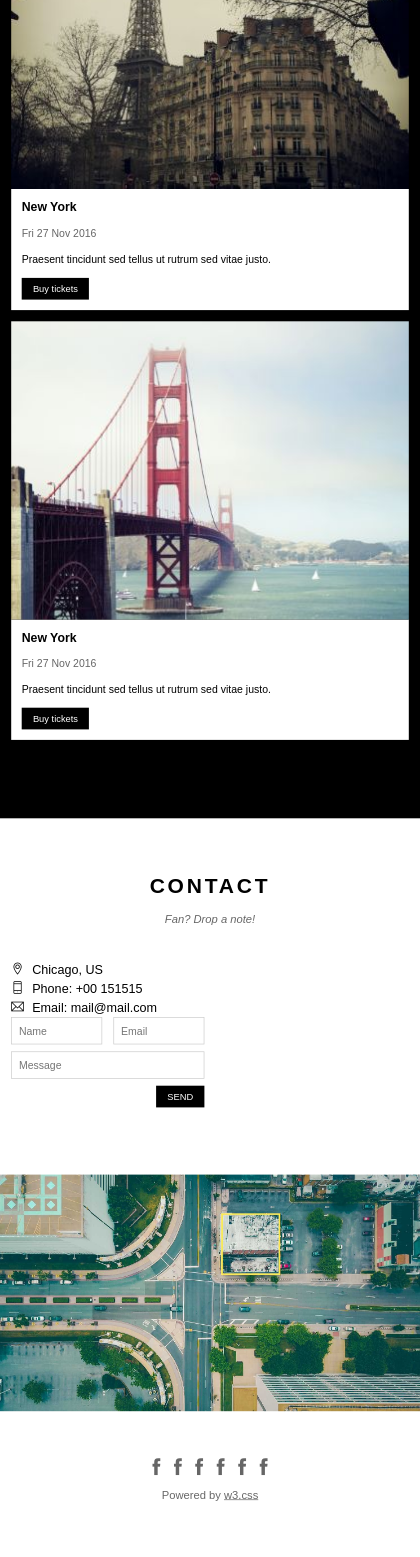
Repository: Bakyproit/the-Band
Page: index.html
An editor plug-in stored every save of this project. The page is shown before and after the next save, followed by the edit.
The browser window is 600 px wide. The pictures show the part of the page from y = 3240 to 5480 px (the page is 5464 px tall before and 5480 px after), at 70% of full size.

Above is the page before, as saved 2022-01-03 23:28:31.

### index.html
<!DOCTYPE html>
<html lang="en">
<head>
    <meta charset="UTF-8">
    <meta http-equiv="X-UA-Compatible" content="IE=edge">
    <meta name="viewport" content="width=device-width, initial-scale=1.0">
    <link rel="stylesheet" href="./assets/fonts/themify-icons/themify-icons.css">
    <link rel="stylesheet" href="./assets/css/style.css">
    <link rel="stylesheet" href="./assets/css/reponsive.css">
    <title>The-Band</title>
</head>
<body>

    <div id="main">
        <!-- begin header   -->
        <div id="header">
            <!-- Begin : Nav -->
            <ul id="nav">
                <li>
                    <a href="#">Home</a>
                </li>
                <li><a href="#band">Band</a></li>
                <li><a href="#tour">Tour</a></li>
                <li><a href="#contact">Contact</a></li>
                <li>
                    <a href="#">
                        More
                        <i class="nav-arrow-down ti-angle-down"></i>

                    </a>
                    <ul class="subnav">
                        <li><a href="#">Merchandise</a></li>
                        <li><a href="#">Extras</a></li>
                        <li><a href="#">Media</a></li>
                    </ul>
                </li>
            </ul>
            <!-- End : Nav -->
            <!-- Begin : Search button -->
            <div class="search-btn">
                <i class="search-icon ti-search"></i>
            </div>
            <div class="mobile-menu-btn" id='mobile-menu'>
                <i class="menu-icon ti-menu"></i>
            </div>
            <!-- End : Search button-->


        </div>
        <!-- end header     -->
        <!-- Begin slider== -->
        <div id="slider">
            <div class="text-content">
                <h2 class="text-heading">Chicago</h2>
                <div class="text-description">Thank you, Chicago - A night we won't forget</div>
            </div>

        </div>
        <!-- End slider    -->
        <!-- Begin content -->
        <div id="content">
        <!-- The- band -->
            <div id ="band" class="content-section">
                <h2 class="section-heading">THE BAND</h2>
                <p class="section-sub-heading">We love music</p>
                <p class="about-text">We have created a fictional band website. Lorem ipsum dolor sit amet, consectetur adipiscing elit, sed do eiusmod tempor incididunt ut labore et dolore magna aliqua. Ut enim ad minim veniam, quis nostrud exercitation ullamco laboris nisi ut aliquip ex ea commodo consequat. Duis aute irure dolor in reprehenderit in voluptate velit esse cillum dolore eu fugiat nulla pariatur. Excepteur sint occaecat cupidatat non proident, sunt in culpa qui officia deserunt mollit anim id est laborum consectetur adipiscing elit, sed do eiusmod tempor incididunt ut labore et dolore magna aliqua. Ut enim ad minim veniam, quis nostrud exercitation ullamco laboris nisi ut aliquip ex ea commodo consequat.</p>
                <div class="member-list">
                    <div class="col-third member-item">
                        <p class="member-name">Name</p>
                        <img src="/assets/img/bandmember.jpg" alt="" class="member-img">
                    </div>
                    <div class="col-third member-item">
                        <p class="member-name">Name</p>
                        <img src="/assets/img/bandmember.jpg" alt="" class="member-img">
                    </div>
                    <div class="col-third member-item">
                        <p class="member-name">Name</p>
                        <img src="/assets/img/bandmember.jpg" alt="" class="member-img">
                    </div>

                </div>

            </div>
        <!-- Tour -->
            <div id ="tour" class="tour-section">
                <div class="content-section ">
                    <h2 class="section-heading text-white">TOUR DATES</h2>
                    <p class="section-sub-heading text-white">Remember to book your tickets!</p>
                    <ul class="tickets-list">
                        <li>
                            September
                            <span class="sold-out">Sold out</span>
                        </li>
                        <li>
                            October
                            <span class="sold-out" >Sold out</span>
                        </li>
                        <li>
                            November
                            <span class="quantity" >3</span>
                        </li>
                    </ul>
                    <!-- places - list -->
                    <div class="places-list row">
                        <div class="places-item  col col-third">
                            <img src="/assets/img/play/play1.jpg" alt="" class="places-img">
                            <div class="places-content">
                                <h3 class="places-name">New York</h3>
                                <p class="places-time">Fri 27 Nov 2016</p>
                                <p class="places-title">Praesent tincidunt sed tellus ut rutrum sed vitae justo.</p>
                                <button  class="btn js-buy-tickets ">Buy tickets</button>
                            </div>
                        </div>
                        <div class="places-item  col col-third ">
                            <img src="/assets/img/play/play2.jpg" alt="" class="places-img">
                            <div class="places-content">
                                <h3 class="places-name">New York</h3>
                                <p class="places-time">Fri 27 Nov 2016</p>
                                <p class="places-title">Praesent tincidunt sed tellus ut rutrum sed vitae justo.</p>
                                <button  class="btn js-buy-tickets ">Buy tickets</button>
                            </div>
                        </div>
                        <div class="places-item  col col-third">
                            <img src="/assets/img/play/play3.jpg" alt="" class="places-img">
                            <div class="places-content">
                                <h3 class="places-name">New York</h3>
                                <p class="places-time">Fri 27 Nov 2016</p>
                                <p class="places-title">Praesent tincidunt sed tellus ut rutrum sed vitae justo.</p>
                                <button  class="btn js-buy-tickets ">Buy tickets</button>
                            </div>
                        </div>
                    </div>
                </div>
            </div>
        <!--    Contact -->
            <div id ="contact" class="content-section">
                <h2 class="section-heading ">CONTACT</h2>
                <p class="section-sub-heading ">Fan? Drop a note!</p>
                <!-- contact - content -->
                <div class="row contact-content">
                    <div class="col col-half contact-info">
                        <p><i class="ti-location-pin"></i>Chicago, US</p>
                        <p><i class="ti-mobile"></i>Phone: +00 151515</p>
                        <p><i class="ti-email"></i>Email: mail@mail.com</p>
                    </div>
                    <div class="col col-half contact-form">
                        <form action="">
                            <div class="row flex">
                                <div class="col col-half">
                                    <input type="text" name="" placeholder="Name" required id="" class="form-control">
                                </div>
                                <div class="col col-half">
                                    <input type="email" name="" placeholder="Email" required  id="" class="form-control">
                                </div>
                            </div>

                            <div class="row ">
                                <div class="col col-full">
                                    <input type="text" name="" placeholder="Message" required id="" class="form-control">
                                </div>
                            </div>
                            <input type="submit" value="SEND" class="btn pull-right">
                        </form>
                    </div>
                </div>
            </div>
        <!-- map -->
            <div class="map-section">
                <img src="./assets/img/map.jpg" alt="Map">
            </div>

        </div>
        <!-- End content -->
        <!-- Begin footer -->
        <div id="footer">
            <div class="social-list">
                <a href=""><i class="ti-facebook"></i></a>
                <a href=""><i class="ti-facebook"></i></a>
                <a href=""><i class="ti-facebook"></i></a>
                <a href=""><i class="ti-facebook"></i></a>
                <a href=""><i class="ti-facebook"></i></a>
                <a href=""><i class="ti-facebook"></i></a>
            </div>
            <p class="copy-right">Powered by <a href="">w3.css</a></p>
        </div>
        <!-- end-footer -->
        <!-- modal -->
        <div class="modal js-modal">
            <div class="modal-container js-modal-container">
                <div class="modal-close js-modal-close">
                    <i class="ti-close"></i>
                </div>
                <!-- header -->
                <header class="modal-header">
                    <i class="ti-bag"></i>
                    Tickets
                </header>
                <!-- body -->
                <div class="modal-body">
                    <label for="ticket-quantity" class="model-label">
                        <i class="ti-shopping-cart"></i>
                        Tickets, $15 per person
                    </label>
                    <input id="ticket-quantity" type="text" class="modal-input" placeholder="Howmany ?">


                    <label for="ticket-email" class="model-label">
                        <i class="ti-user"></i>
                        Send To
                    </label>
                    <input id= "ticket-email" type="text" class="modal-input" placeholder="Enter email ?">

                    <button class="buy-tickets">
                        Pay
                        <i class="ti-check"></i>
                    </button>
                </div>
                <footer class="modal-footer">
                    <p class="modal-help">Need <a href="">help?</a></p>
                </footer>
            </div>
        </div>
        <!-- end modal -->
        <!-- javascript -->
        <script>
            const buyBtns = document.querySelectorAll('.js-buy-tickets')
            const modal = document.querySelector('.js-modal')
            const modalClose = document.querySelector('.js-modal-close')
            const modalContainer =document.querySelector('.js-modal-container')
            function buyTickets(){
                modal.classList.add('open')
            }
            function hiddenBuyTickets(){
                modal.classList.remove('open')
            }


            for(const buyBtn of buyBtns){
                buyBtn.addEventListener('click' ,buyTickets )
            }
            modalClose.addEventListener('click' , hiddenBuyTickets)
            modal.addEventListener('click' , hiddenBuyTickets)
            modalContainer.addEventListener('click' , function (event){
                event.stopPropagation()
            })


            // dong mo menu
            var header = document.getElementById('header') ;
            var mobileMenu = document.getElementById('mobile-menu') ;
            var headerHeight = header.clientHeight ;
            mobileMenu.onclick= function(){
                // console.log(header.clientHeight);
                var isClosed = header.clientHeight === headerHeight ;
                if(isClosed){
                    header.style.height = 'auto' ;
                }else {
                    header.style.height = null ;
                }
            }
            //  tu dong dong khi chon menu
            var menuItems = document.querySelectorAll('#nav li a[href*="#"]') ;
            console.log(menuItems) ;
            for(var i = 0;i < menuItems.length ;i++) {
                var menuItem = menuItems[i] ;

                menuItem.onclick = function(event){
                    // kiem tra ae lien ke no
                    var isParentMenu = this.nextElementSibling &&
                            this.nextElementSibling.classList.contains('subnav') ;
                    if(isParentMenu){
                        event.preventDefault() ;
                    }else{
                        header.style.height = null ;
                    }
                }
            }

        </script>
        <!-- javascript -->
    </div>
</body>
</html>



<!-- hang row -->

### assets/css/style.css
/*
Reset css
*/
*{
    padding: 0;
    margin:  0;
    box-sizing: border-box;
}
html {
    font-family: Arial, Helvetica, sans-serif;
    scroll-behavior: smooth;
}
#main {

}
.text-white{
    color:#fff !important;
}
.btn{
    display: inline-block;
    text-decoration: none;
    padding: 8px 16px;
    color: #fff;
    background-color: #000;
    border : none  ;
}
.btn:hover{
    color: #000!important;
    background-color: #ccc!important;
    cursor: pointer;
}

.pull-right{
    float: right !important ;
}
.flex{
    display: flex;
    flex-wrap: wrap;
}

.row {
    margin-left: -8px;
    margin-right: -8px;
}
.col {
    padding-left: 8px;
    padding-right: 8px;
}
.col-third{
    width: 33.33333%;
}
.col-half{
    width: 50%;
}
.col-full{
    width: 100%;
}
/* =====header===== */
#header {
    height: 46px;
    background-color: #000;
    position: fixed;
    top : 0 ;
    right: 0;
    left : 0;
    z-index: 1;
}
#nav{
    display: inline-block;
}
#nav .subnav {
    list-style-type: none;
}
/* nav */
#nav > li{
    display: inline-block;
    position: relative;
}
#nav li a{
    display: inline-block;
    color : #fff ;
    text-decoration: none;
    line-height: 46px;
    padding: 0px 24px;
    text-transform: uppercase;
}
#nav > li:hover > a,
#nav .subnav li:hover a{
    color : #000 ;
    background-color: #ccc;
}
/*     subnav */
#nav .subnav{
    display: none;
    position: absolute;
    top:100% ;
    background-color: #fff;
    /* bong do */
    box-shadow: 0 0 10px rgba(0, 0, 0,0.5) ;
    min-width: 160px;
}
#nav li:hover .subnav {
    display: block ;
}

#nav .subnav  a{
    display:  block;
    color: #000;
    padding: 0 12px;
    line-height: 38px;
}
#nav .nav-arrow-down{
    font-size: 14px;
}
.mobile-menu-btn{
    position: absolute;
    top: 0;
    right: 0;
}
.mobile-menu-btn,
#header .search-btn{
    float: right;
    padding: 0 21px;
}

#header .search-btn:hover{
    cursor: pointer;
    background-color:#f44336 ;
}
#header .mobile-menu-btn:hover {
    background-color:#ccc ;
}
#header .mobile-menu-btn:hover .menu-icon{
    color: #000;
}
#header .menu-icon ,
#header .search-icon{
    color : #fff ;
    font-size: 20px;
    line-height: 46px;
}


/* ====end header=======                 */
/*      Begin slider                     */
#slider {
    margin-top: 46px;
    padding-top:50%;
    /* luon bang 50% chieu rong */
    background: url('/assets/img/slider/slider1.jpg') top center / cover no-repeat;
    position: relative;
}
#slider .text-content{
    position: absolute;
    bottom: 48px;
    left:50%;
    color:#fff ;
    transform: translateX(-50%);
    text-align: center;

}
#slider .text-heading{
    margin:  0 0 25px 0 ;
    font-weight: 500px;
    font-size: 24px;
}
#slider .text-description{
    font-size: 15px;
}
/*    End slider                     */
/*    Begin content                  */
#content {
    color : #000 ;
}
#content .content-section{
    width: 800px;
    max-width: 100%;
    margin-left: auto;
    margin-right: auto;
    padding: 64px 16px;

}
#content .section-heading{
    margin: 10px 0;
    font-size: 30px;
    text-align: center;
    font-weight: 400px;
    letter-spacing: 4px;
    line-height: 45px;
}
#content .section-sub-heading{
    margin:15px 0 ;
    text-align: center;
    font-style: italic;
    opacity: 0.6;
    line-height: 22px;
}
/*             About                   */
#content .about-text{
    margin: 15px 0 ;
    font-size: 14px;
    text-align: justify ;
    line-height: 1.6;

}
#content .member-list{
    padding: 32px 0 ;
    display: flex;
    flex-wrap: wrap;
    text-align: center;
}

#content  .member-name{
    margin: 15px 0;
    font-size: 15px;
    line-height: 22px;
}
#content  .member-img{
    margin-bottom: 10px;
    width: 154px;
    border-radius: 4px;
}

/*                   Tour                        */
.tour-section{
    background-color: black;
    color:#fff ;
}
.tour-section .tickets-list li{
    list-style: none;
    color: #757575;
    padding: 8px 16px;
    font-size: 15px;
    line-height: 22px;
    background-color: #fff;
    border-bottom: 1px solid #ddd;
}
.tour-section  .sold-out{
    display: inline-block;
    background-color: #f44336;
    padding: 0 8px;
    margin-left:16px;
}
.tour-section .quantity{
    display: inline-block;
    padding: 0 8px;
    margin-right: 16px;
    background-color: #333;
    color:#fff ;
    border-radius: 50%;
    float: right;
}

.places-list{
    display: flex;
    flex-wrap: wrap;
    color: #000;
    font-size: 15px;
    padding: 32px 0 ;
}
.places-item{
    margin-bottom: 16px;
}

.places-img{
    width: 100%;
    display: block;
}
.places-img:hover{
    opacity: 0.6;
}
.places-content{
    padding: 15px;
    line-height: 22px;
    background-color: #fff;
}
.places-name{
}
.places-time{
    margin-top: 15px ;
    opacity: 0.6;
}
.places-title{
    margin: 15px 0 ;
    line-height: 1.5;
}




/*                  contact            */

.contact-content{
    display: flex;
    flex-wrap: wrap;
    padding-bottom: 32px  ;
    padding-top: 32px;
}
.contact-info{
    font-size: 18px;
    line-height: 1.5;
}
.contact-info i[class*="ti-"]{
    display: inline-block;
    width: 30px;

}

.contact-form .form-control{
    font-size: 15px;
    padding: 10px ;
    border : 1px solid #ccc ;
    width: 100%;
    margin-bottom: 10px;
}
/*                      Map-section                        */
.map-section img {
    width: 100%;
}


/*                      end content                 */
/*                      Begin footer                */

#footer {
    padding: 64px 16px;
    text-align: center;
}
#footer .social-list{
    font-size: 24px;

}
#footer .social-list a {
    text-decoration: none;
    color: rgba(0, 0, 0,0.6);

}
#footer .social-list a:hover{
    color: rgba(0, 0, 0,0.4);
}
#footer .copy-right{
    margin: 15px  0 ;
    color: rgba(0, 0, 0,0.6);
}
#footer .copy-right a{
    color: rgba(0, 0, 0,0.6);
}
/*                         end footer                */
/*                         modal                   */
.modal{
    position: fixed;
    top:0;
    right: 0 ;
    bottom: 0;
    left: 0;
    background: rgba(0,0,0,0.4);
    align-items: center;
    justify-content: center;
    display: none;
}
.modal.open{
    display: flex;
}
.modal-container{
    background-color: #fff;
    width: 900px;
    min-height: 300px;
    position: relative;
    animation: modalFaceIn ease .6s;
}
.modal-close {
    position: absolute;
    top: 0;
    right: 0;
    padding: 8px 16px;
    line-height: 36px;
    color:#fff ;
}
.modal-close:hover{
    color:#000 ;
    background: #ccc;
    opacity: 0.6;
}
.modal-header{
    background-color: #009688;
    height: 130px;
    font-size: 30px ;
    color:#fff ;
    display: flex;
    align-items: center;
    justify-content: center;
    padding: 32px 16px;
}
.modal-header i {
    margin-right: 20px;
}
.modal-body{
    padding: 0 16px ;
    margin-top: 15px;
}
.model-label{
    display: block;
    font-size: 15px;
    color: #000;
    padding: 2.5px 0;

}
.modal-input {
    padding: 11.5px 8px;
    border : 1px solid #ccc ;
    width: 100%;
    margin: 15px 0;
}

.buy-tickets{
    background-color: #009688;
    padding:18.5px 16px;
    margin-bottom: 16px;
    width: 100%;
    font-size: 15px;
    border :0 ;
}

.buy-tickets:hover{
    color:#000 ;
    background: #ccc;
}


.modal-footer{
    display: inline-block;
    margin: 15px 0;
    padding: 2.5px 16px ;
    font-size: 15px;
    float: right;
}
.modal-footer .modal-help{
}
.modal-footer a{
    color :#2196F3 ;
}



@keyframes modalFaceIn{

    from{
        opacity: 0;
        transform: translateY(-140px);
    }
    to{
        opacity: 1;
        transform: translateY(0);
    }
}

### assets/css/reponsive.css


/* mobile */
@media (max-width:739px) {
    /* header */
    #header {
        overflow: hidden;
    }
    #header .search-btn{
        display: none;
    }
    #nav {
        display: block;
    }
    #nav > li{
        display: block;
    }
    #nav > li:first-child{
        display: inline-block;
    }
    #nav li a {
        display: block;
    }
    #nav .subnav{
        position: inherit;
        background-color: #333;
    }
    #nav .subnav  a{
        color:#fff ;
        padding: 5px 41px;
    }
    /* content */
    #content .member-item{
        width: 100%;
        margin-top: 30px;
    }
    #content  .member-img{
        width: 60%;
    }
    /* places */
    .places-list .places-item{
        width: 100%;
    }
    /* contact */
    .contact-info{
        width: 100%;
        mb
    }
}

/* tablet */
@media (min-width:740px) and (max-width:1023px) {
    .mobile-menu-btn {
        display: none;
    }
}

/* PC */
@media (min-width:1024px) {
    .mobile-menu-btn {
        display: none;
    }
}

Loaded but not shown: assets/fonts/themify-icons/themify-icons.css (common file)

After the next save:
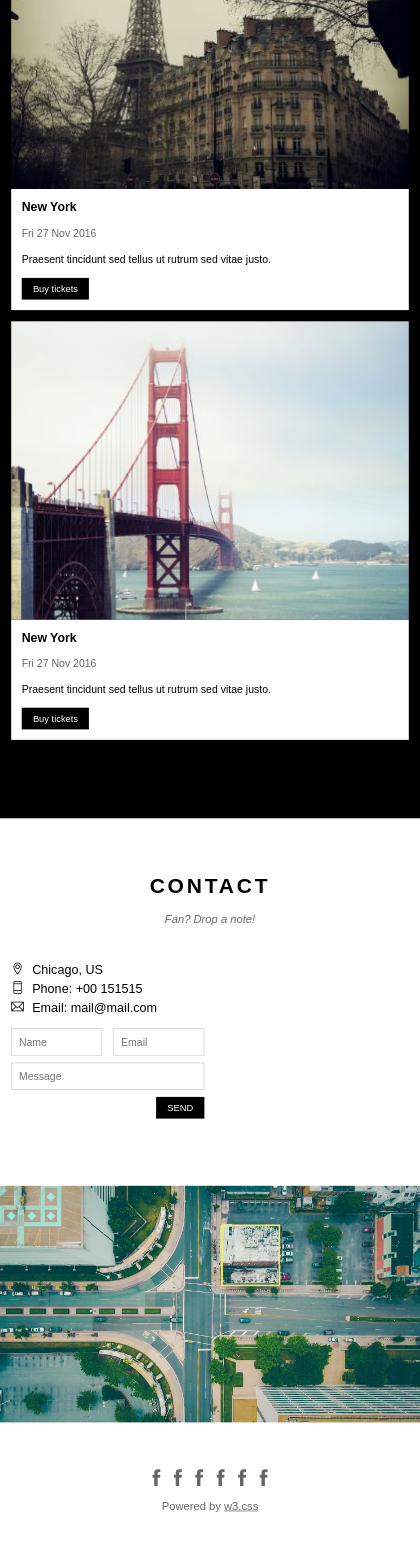
Saved 4 s later.
--- a/assets/css/reponsive.css
+++ b/assets/css/reponsive.css
@@ -44,7 +44,7 @@
     /* contact */
     .contact-info{
         width: 100%;
-        mb
+        margin-bottom: 16px;
     }
 }
 
